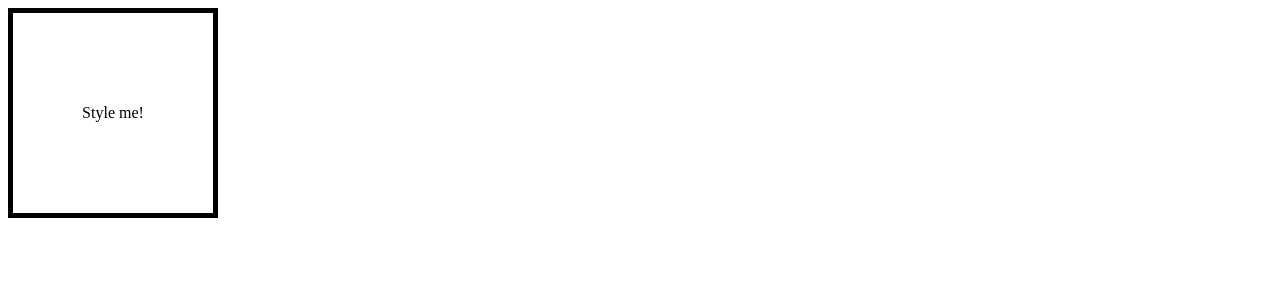
Repository: glgeorgiou/100-days-of-code-projects
Page: DOM Testing/2-5-modify-styles.html
These files come from the project's save history. The page is drawn as it stood at one moment and after the next save; the edit follows.
The browser window is 1280 px wide. The pictures show the whole page.

Above is the page before, as saved 2020-04-14 17:02:13.

After the next save:
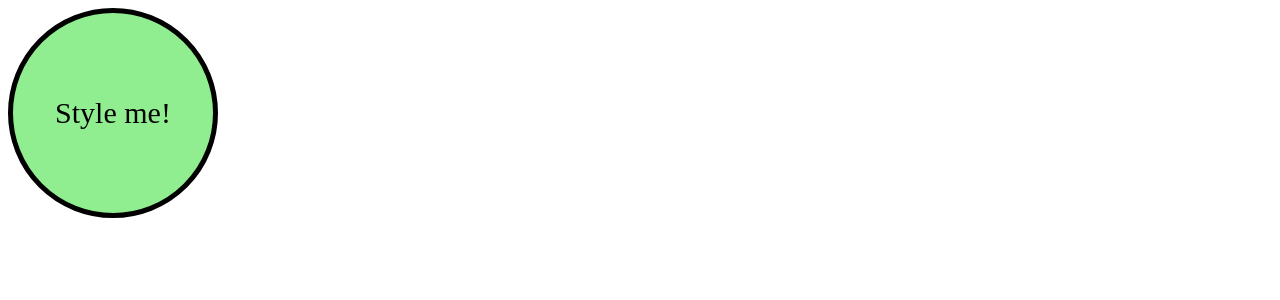
Saved 24 s later.
--- a/DOM Testing/2-5.js
+++ b/DOM Testing/2-5.js
@@ -6,3 +6,8 @@
 div = document.querySelector('div');
 console.log('The style of the box before:')
 console.log(div)
+
+// Make div into a circle, change color and font size
+div.style.borderRadius = '50%';
+div.style.backgroundColor = 'lightgreen';
+div.style.fontSize = '30px';

After the 2 saves that followed:
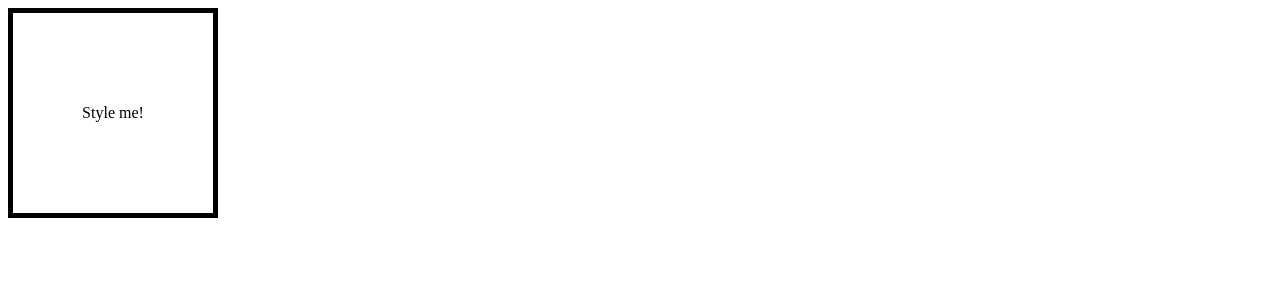
The 2 saves are shown as one change because 1 left the picture as it was.
The last was saved 38 s later.
--- a/DOM Testing/2-5.js
+++ b/DOM Testing/2-5.js
@@ -6,8 +6,3 @@
 div = document.querySelector('div');
 console.log('The style of the box before:')
 console.log(div)
-
-// Make div into a circle, change color and font size
-div.style.borderRadius = '50%';
-div.style.backgroundColor = 'lightgreen';
-div.style.fontSize = '30px';
